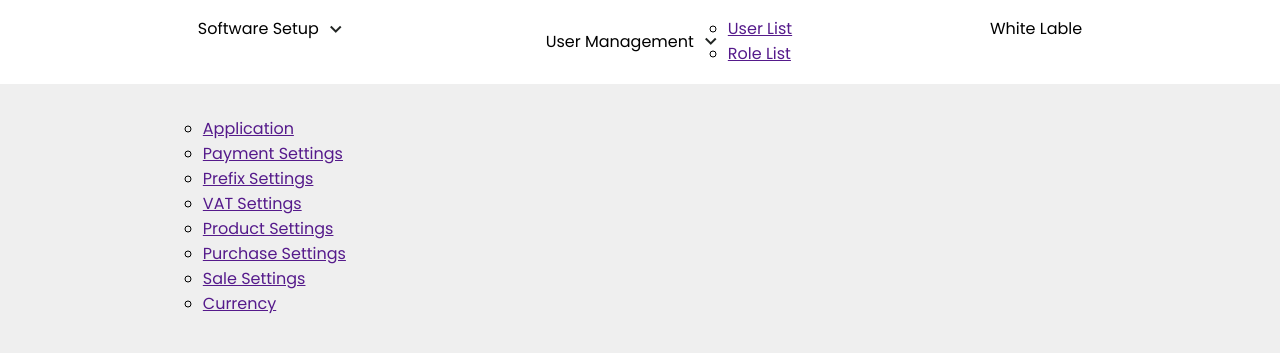
Repository: codebyaddro/pos-settings
Page: settings.html
An editor plug-in stored every save of this project. The page is shown before and after a run of saves, followed by the edit.
The browser window is 1280 px wide. The pictures show the whole page.

Above is the page before, as saved 2025-02-16 14:35:45.

After the next 2 saves:
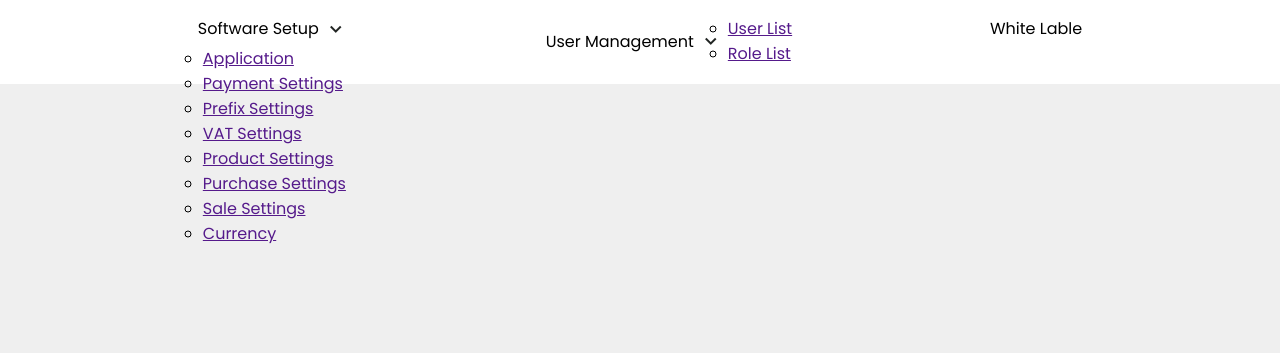
The 2 saves are shown as one change because they came seconds apart.
The last was saved 5 s later.
--- a/css/settings.css
+++ b/css/settings.css
@@ -80,6 +80,6 @@
 
 .cba-settings-top-menubar > ul > li > .cba-stm-one-dd {
     position: absolute;
-    top: 100px;
+    top: 30px;
     left: 5px;
 }
